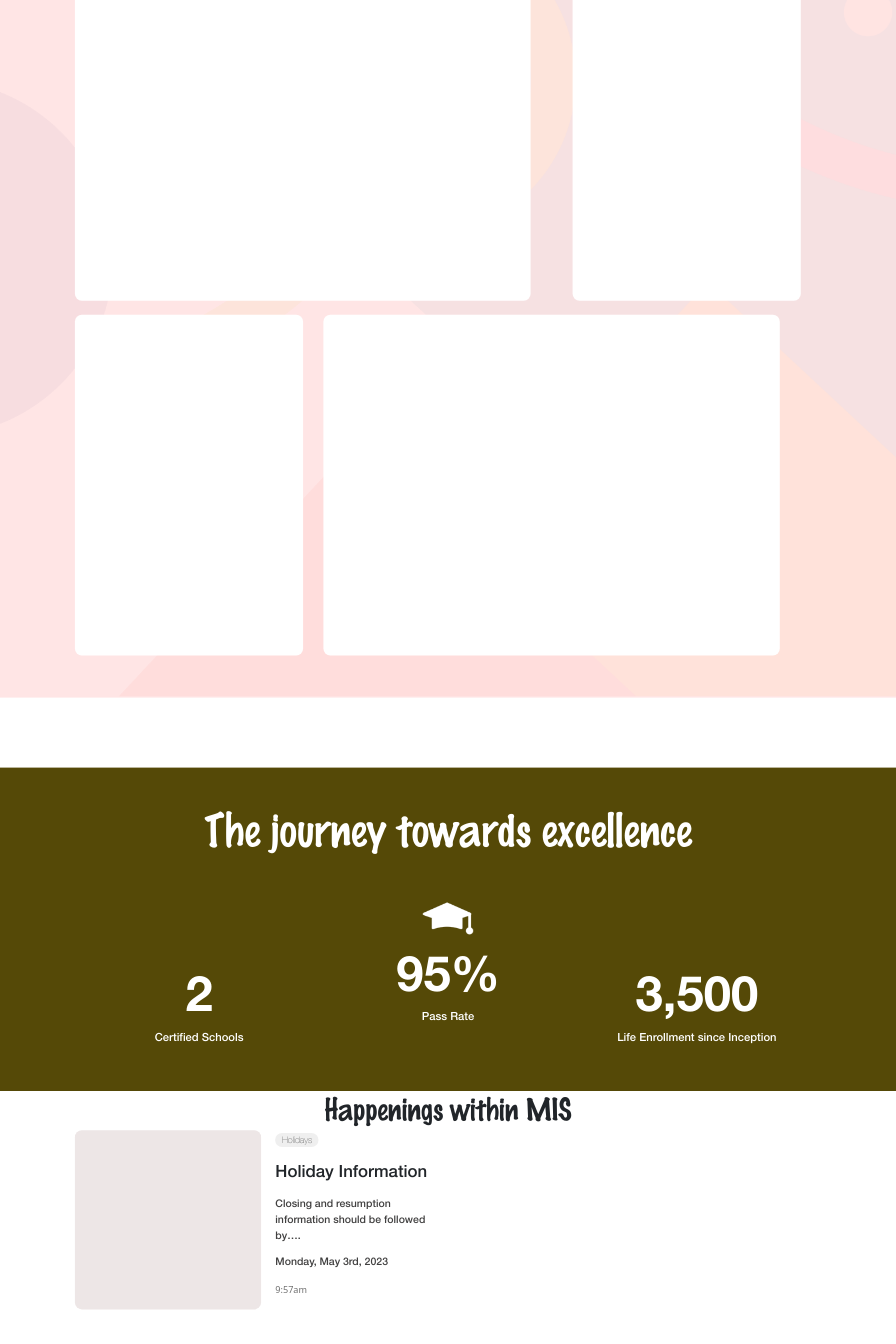
Repository: sarahnnanyelugo/MIGS
Page: /
The author's editor kept a copy of each file at every save. The page is drawn from the files as they stood at one save, then again after the next save.
The browser window is 1280 px wide. The pictures show the part of the page from y = 2962 to 4882 px (the page is 4882 px tall), at 70% of full size.
The project was rebuilt for these pictures with package versions that can differ from the ones it lists, and the page was loaded fresh each time.

Above is the page before, as saved 2023-05-30 13:48:43.

### src/App.scss
@font-face {
  font-family: maker;
  src: url(./assets/fonts/marker-felt/Marker-Felt.ttf);
}
@font-face {
  font-family: helveticaB;
  src: url(./assets/fonts/helvetica/HelveticaNeueBold.ttf);
}
@font-face {
  font-family: helveticaM;
  src: url(./assets/fonts/helvetica/HelveticaNeueMedium.ttf);
}
@font-face {
  font-family: helveticaR;
  src: url(./assets/fonts/helvetica/HelveticaNeueRegular.ttf);
}

h1,
h2,
h3,
h4,
h5,
h6 {
  font-family: maker;
}

### src/pages/Home/Home.js
import React from "react";
import { AppModal } from "../../components/AppModal/AppModal";
import LandingImg from "../../assets/images/table.jpeg";
import Grad from "../../assets/images/grad.png";
import "./home.scss";
import CountUp from "react-countup";
import { Link } from "react-router-dom";

function Home() {
  return (
    <>
      <div className="col-md-12 landing-img">
        {/* <img
          className="tech-logo"
          src={LandingImg}
          alt="Scholar"
          width="100%"
        />{" "} */}
        <div className="centered col-md-5 offset-md-1">
          <h1>Excellence is our birthright</h1>
        </div>
      </div>
      <center>
        <div className="col-md-12 welcome-div">
          <div className="col-md-7 welcome-header mtt">
            <h1>Welcome to Montessori International Group of Schools</h1>
          </div>
          <div className="col-md-5 mt3 welcome-paragraph">
            <p>
              {" "}
              On behalf of the Management and staff of Montessori International
              School, we welcome you to our website. We are grateful for another
              opportunity to offer you our best and are dedicated to ensuring
              that your child grows up balanced in all endeavours of life and
              not just academically.
            </p>
          </div>
        </div>
      </center>

      <div className="col-md-10 offset-md-1 section-div">
        <center>
          <h1>Our School Sections</h1>
        </center>
        <div className="col-md-12 flexy">
          <div className="col-md-4">
            <div className="col-md-11 sections-container early-years">
              {/* <img
          className="tech-logo"
          src={LandingImg}
          alt="Scholar"
          width="100%"
        />{" "} */}
              <div class="bottom-left col-md-1">
                <h2>Early Years</h2>
              </div>
            </div>
          </div>{" "}
          <div className="col-md-4">
            <div className="col-md-11 sections-container primary">
              {/* <img
          className="tech-logo"
          src={LandingImg}
          alt="Scholar"
          width="100%"
        />{" "} */}
              <div class="bottom-left col-md-1">
                {" "}
                <h2>Primary School</h2>
              </div>
            </div>
          </div>{" "}
          <div className="col-md-4">
            <div className="col-md-11 sections-container special ">
              {/* <img
          className="tech-logo"
          src={LandingImg}
          alt="Scholar"
          width="100%"
        />{" "} */}
              <div class="bottom-left col-md-1">
                {" "}
                <h2>Special Education</h2>
              </div>
            </div>
          </div>
        </div>
      </div>
      <div className="col-md-8 offset-md-3 flexy">
        <div className="col-md-5">
          <div className="col-md-11 sections-container junior ">
            {/* <img
          className="tech-logo"
          src={LandingImg}
          alt="Scholar"
          width="100%"
        />{" "} */}
            <div class="bottom-left col-md-1">
              {" "}
              <h2>Special Education</h2>
            </div>
          </div>
        </div>
        <div className="col-md-5">
          <div className="col-md-11 sections-container senior ">
            {/* <img
          className="tech-logo"
          src={LandingImg}
          alt="Scholar"
          width="100%"
        />{" "} */}
            <div class="bottom-left col-md-1">
              {" "}
              <h2>Special Education</h2>
            </div>
          </div>
        </div>
      </div>
      <div className="col-md-12 birthright-div">
        <center>
          <div className="col-md-6">
            <h1>
              Excellence is our<span>BIRTHRIGHT</span>
            </h1>
            <p>
              On behalf of the Management and staff of Montessori International
              School, we welcome you to our website. We are grateful for another
              opportunity to offer you our best and are dedicated to ensuring
              that your child grows up balanced in all endeavours of life and
              not just academically.
            </p>
          </div>
        </center>
        <div className="col-md-10 offset-md-1 flexy">
          <div className="col-md-8 ">
            <div className="col-md-11 img-div">
              {" "}
              {/* <img
          className="tech-logo"
          src={LandingImg}
          alt="Scholar"
          width="100%"
        />{" "} */}
            </div>
          </div>{" "}
          <div className="col-md-4 ">
            <div className="col-md-11 img-div">
              {" "}
              {/* <img
          className="tech-logo"
          src={LandingImg}
          alt="Scholar"
          width="100%"
        />{" "} */}
            </div>
          </div>
        </div>{" "}
        <div className="col-md-10 offset-md-1 flexy mt2">
          {" "}
          <div className="col-md-4 ">
            <div className="col-md-11 img-div">
              {" "}
              {/* <img
          className="tech-logo"
          src={LandingImg}
          alt="Scholar"
          width="100%"
        />{" "} */}
            </div>
          </div>
          <div className="col-md-8 ">
            <div className="col-md-11 img-div">
              {" "}
              {/* <img
          className="tech-logo"
          src={LandingImg}
          alt="Scholar"
          width="100%"
        />{" "} */}
            </div>
          </div>{" "}
        </div>
      </div>
      <div className="col-md-12 stats-div">
        <center>
          <h1>The journey towards excellence</h1>
        </center>
        <div className="col-md-10 offset-md-1 flexy">
          {" "}
          <div className="col-md-4 mtt stats">
            <center>
              {" "}
              <h1>
                {" "}
                <CountUp
                  start={0}
                  end={2}
                  duration={3}
                  decimal=""
                  prefix=" "
                  suffix=""
                  enableScrollSpy={true}
                />
              </h1>
              <p>Certified Schools</p>
            </center>
          </div>{" "}
          <div className="col-md-4 mt5 stats">
            <center>
              <img className="tech-logo" src={Grad} alt="Scholar" width="20%" />{" "}
              <h1>
                {" "}
                <CountUp
                  start={0}
                  end={95}
                  duration={3}
                  decimal=""
                  prefix=" "
                  suffix="%"
                  enableScrollSpy={true}
                />
              </h1>
              <p>Pass Rate</p>
            </center>
          </div>{" "}
          <div className="col-md-4 mtt stats">
            <center>
              {" "}
              <h1>
                {" "}
                <CountUp
                  start={0}
                  end={3500}
                  duration={3}
                  decimal=""
                  prefix=" "
                  suffix=""
                  enableScrollSpy={true}
                />
              </h1>
              <p>Life Enrollment since Inception</p>
            </center>
          </div>
        </div>
      </div>
      <div className="col-md-10 offset-md-1 news-div">
        <center>
          <h1>Happenings within MIS</h1>
        </center>
        <div className="flexy">
          <div className="col-md-6 flexy">
            <div className="col-md-6 img-div2"></div>
            <div className="col-md-6 news-details">
              <button className="holidays">Holidays</button>
              <h4>Holiday Information</h4>
              <Link className="normal-link" to={"/"}>
                <p>
                  Closing and resumption information should be followed by….
                </p>
              </Link>
              <p>Monday, May 3rd, 2023</p>
              <small>9:57am</small>
            </div>
          </div>
        </div>
      </div>
      <div>
        <AppModal />
      </div>
    </>
  );
}

export default Home;

### src/components/NavBar/NavBar.jsx
import React, { useEffect, useState, useRef } from "react";
import { Link, NavLink } from "react-router-dom";
import "./_navbar.scss";
import { useLocation } from "react-router-dom";
// import Icofont from "react-icofont";
import Logo from "../../assets/images/logo2.png";

function NavBar() {
  return (
    <>
      <div className="nav-container col-md-10 offset-md-1">
        {" "}
        <div className=" col-md-1 tech-logo-div">
          {" "}
          <img className="tech-logo" src={Logo} alt="Scholar" width="60%" />
        </div>
        <ul className="list-inline list-unstyled ">
          <li className="list-inline-item">
            <NavLink className="tech-links cool-link" to={"/"}>
              About
            </NavLink>
          </li>
          <li className="list-inline-item">
            <NavLink className="tech-links cool-link">Admission</NavLink>
          </li>
          <li className="list-inline-item">
            <NavLink className="tech-links cool-link">Academics</NavLink>
          </li>
          <li className="list-inline-item">
            <NavLink className="tech-links cool-link">IEC</NavLink>
          </li>{" "}
          <li className="list-inline-item">
            <NavLink className="tech-links cool-link">E-shop</NavLink>
          </li>
          <li className="list-inline-item">
            <NavLink className="tech-links cool-link">Gallery</NavLink>
          </li>
          <li className="list-inline-item">
            <button className="nav-btn">e-portal</button>
          </li>
        </ul>
      </div>
    </>
  );
}

export default NavBar;

### src/pages/Home/home.scss
@import "../../variables";
@import "../../shared-styles";
.landing-img {
  position: relative;
  text-align: left;
  color: #fff;
  height: 800px;
  background-color: grey;
}
.centered {
  position: absolute;
  top: 50%;
  left: 20%;

  transform: translate(-50%, -50%);
  h1 {
    font-size: 114px !important;
  }
}
.welcome-header {
  color: #707070;

  h1 {
    font-size: 60px;
  }
}
.welcome-paragraph {
  p {
    color: #707070;
    font-family: helveticaM;
  }
}
.welcome-div {
  height: 800px;
  background: url("../../assets/images/curly.png");
  background-size: contain;
  background-repeat: no-repeat;
}
.section-div {
  margin-top: -280px;

  h1 {
    font-size: 60px;
    color: #707070;
  }
}
.sections-container {
  position: relative;
  text-align: center;
  margin-bottom: 50px;
  border-radius: 10px;
  height: 358px;
}
.bottom-left {
  position: absolute;
  bottom: 8px;
  left: 16px;
}
.early-years {
  background: #ff5252;
  color: #fff;
}
.primary {
  background: #f2e15f;
  color: #000;
}
.special {
  background: #838383;
  color: #fff;
}
.junior {
  background: #2ebbef;
  color: #fff;
}
.senior {
  background: #30eaa9;
  color: #000;
}
.birthright-div {
  background: url("../../assets/images/pink-bg.png");
  background-size: cover;
  background-repeat: no-repeat;
  padding: 60px 0;
  margin: 100px 0;
  h1 {
    margin-bottom: 20px;
  }
  span {
    color: $red;
    font-size: 60px;
  }
  color: #707070;
  p {
    font-family: helveticaM;
    margin-bottom: 100px;
  }
  .img-div {
    height: 487px;
    border-radius: 10px;
    background: #fff;
  }
}
.stats-div {
  background: #554907;
  padding: 50px 0;
  h1 {
    color: #fff;
    font-size: 60px;
    // margin-bottom: 40px;
  }
  .stats {
    h1 {
      color: #fff;
      font-size: 70px;
      font-family: helveticaB;
    }
    p {
      color: #fff;
      font-family: helveticaM;
    }
  }
}
.news-div {
  margin-bottom: 50px;
  .img-div2 {
    background: #ede6e6;
    border-radius: 10px;
    height: 256px;
  }
  .news-details {
    padding: 0 0 0 20px;
    h4 {
      font-family: helveticaM;
      margin: 20px 0;
    }
    button {
      border: none;
      width: 62px;
      height: 20px;
      font-size: 13px;
      font-family: helveticaR;
      border-radius: 35px;
    }
    p {
      font-family: helveticaM;
      color: #414040;
      font-size: 15px;
    }
    small {
      font-size: 13px;
      color: #707070;
    }
  }
}

### src/components/NavBar/_navbar.scss
@import "../../variables";
@import "../../shared-styles";

.nav-container {
  display: flex;
  padding-top: 20px;
  position: relative;
  z-index: 2 !important;
  padding-bottom: 0;
  height: 90px;
  background-color: #fff !important;
  ul li {
    margin-top: 0px !important;
  }
  .nav-btn {
    @include app-btn;
    padding: 8px 40px;
    // margin-top: 0 !important;
    border: none;
  }
  .tech-logo-div {
    flex-grow: 1 !important;
    margin-top: -10px;
  }
  .tech-links {
    color: #000;
    text-decoration: none;
    font-family: helveticaM;
    margin: 0px 28px !important;
    &:hover {
      color: $red;
    }
  }
}

### src/_variables.scss
$yellow: rgb(255, 210, 16);
$red: #ff5252;
$skyblue: rgb(83, 180, 242);
$lightblue: rgb(12, 99, 177);
$lightblue2: rgb(12, 88, 160);
$lighterblue: rgb(211, 236, 252);
$deepblue2: rgb(0, 79, 157);
$mainblue: rgb(1, 71, 141);

@mixin app-btn {
  color: #fff;
  border-radius: 35px;
  padding: 8px 130px;
  font-size: 14px;
  background: $red;

  font-family: helveticaM;
  &:hover {
    background: #c90e0e;
    transition: 0.5s ease;
  }
}

### src/_shared-styles.scss
@import "./variables";

@media screen and (max-width: 620px) {
  .flexyM {
    display: flex !important;
  }
  .side-menu {
    display: none !important;
  }
  .page-body {
    padding: 20px;
  }

  .dn {
    display: none;
  }
  .holder img {
    height: 200px;
    margin-top: 40px !important;
  }
  .overlay {
    bottom: -30px !important;
  }
  .m-margin {
    margin-top: 0 !important;
    margin-bottom: 0 !important;
  }
  .navigations {
    display: none;
  }
  .breadcrum {
    margin-top: 350px !important;
  }
}
@media screen and (min-width: 620px) {
  .flexy {
    display: flex;
  }
  .spread {
    display: flex;
  }
  // {
  //   display:none;
  // }
}

/* Container needed to position the overlay. Adjust the width as needed */
.holder {
  position: relative;
  width: 100%;
}

.side-nav2 {
  @media screen and (max-width: 620px) {
    padding: 0 10px 0;
  }
}
.br {
  border-radius: 10px;
}
.mt1 {
  margin-top: 10px;
}
.mt2 {
  margin-top: 20px;
}
.mt3 {
  margin-top: 30px;
}
.mt4 {
  margin-top: 40px;
}
.mt5 {
  margin-top: 50px;
}
.mt6 {
  margin-top: 60px;
}
.mt7 {
  margin-top: 70px;
}
.mt8 {
  margin-top: 80px;
}
.mt9 {
  margin-top: 90px;
}
.mt {
  margin-top: 120px;
}
.mtt {
  margin-top: 150px;
}
.mr1 {
  margin-right: 10px;
}
.mr2 {
  margin-right: 20px;
}
.mr3 {
  margin-right: 30px;
}
.mr4 {
  margin-right: 40px;
}
.mr5 {
  margin-right: 50px;
}
.mr6 {
  margin-right: 60px;
}
.mr7 {
  margin-right: 70px;
}
.mb1 {
  margin-bottom: 10px;
}
.mb2 {
  margin-bottom: 20px;
}
.mb3 {
  margin-bottom: 30px;
}
.mb4 {
  margin-bottom: 40px;
}
.mb5 {
  margin-bottom: 50px;
}
.mb6 {
  margin-bottom: 60px;
}
.ml2 {
  margin-left: 20px;
}
.ml3 {
  margin-left: 30px;
}
.ml4 {
  margin-left: 40px;
}
.ml5 {
  margin-left: 50px;
}
.ml6 {
  margin-left: 60px;
}

.app-btn {
  @include app-btn;
  width: 100% !important;
}
.tac {
  text-align: center;
}
.normal-link {
  font-family: helveticaM;
  color: black !important;
  text-decoration: none;
}

Loaded but not shown: public/index.html (common file); src/index.css (common file); src/reportWebVitals.js (common file); src/components/scrollToTop.js (common file); src/components/AppModal/AppModal.js (60 lines, source omitted); src/App.js (24 lines, source omitted); src/index.js (18 lines, source omitted); src/components/AppModal/_app-modal.scss (464 lines, source omitted)

After the next save:
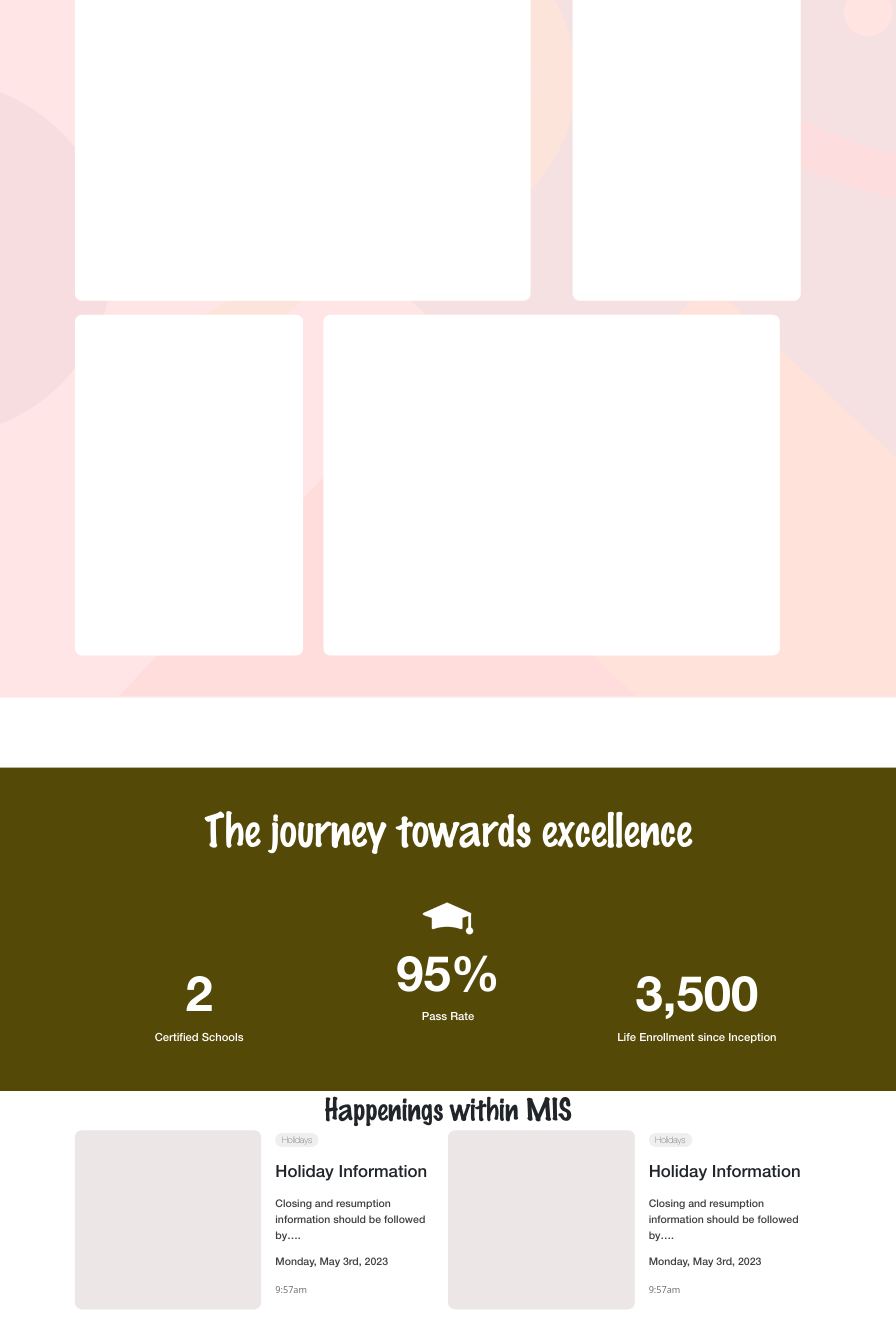
Saved 21 s later.
--- a/src/pages/Home/Home.js
+++ b/src/pages/Home/Home.js
@@ -262,6 +262,20 @@ function Home() {
               <small>9:57am</small>
             </div>
           </div>
+          <div className="col-md-6 flexy">
+            <div className="col-md-6 img-div2"></div>
+            <div className="col-md-6 news-details">
+              <button className="holidays">Holidays</button>
+              <h4>Holiday Information</h4>
+              <Link className="normal-link" to={"/"}>
+                <p>
+                  Closing and resumption information should be followed by….
+                </p>
+              </Link>
+              <p>Monday, May 3rd, 2023</p>
+              <small>9:57am</small>
+            </div>
+          </div>
         </div>
       </div>
       <div>
